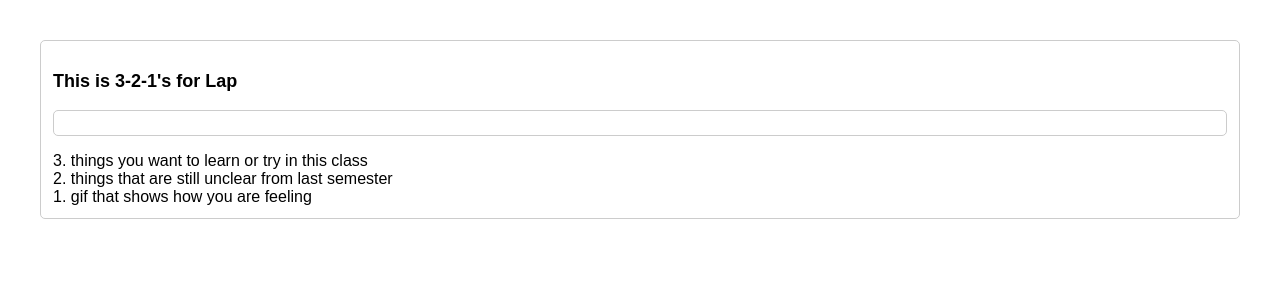
Repository: HyunJunggggg/MDIA2109
Page: index.html
An editor plug-in stored every save of this project. The page is shown before and after a run of saves, followed by the edit.
The browser window is 1280 px wide. The pictures show the whole page.

Above is the page before, as saved 2025-01-23 15:42:33.

After the next 3 saves:
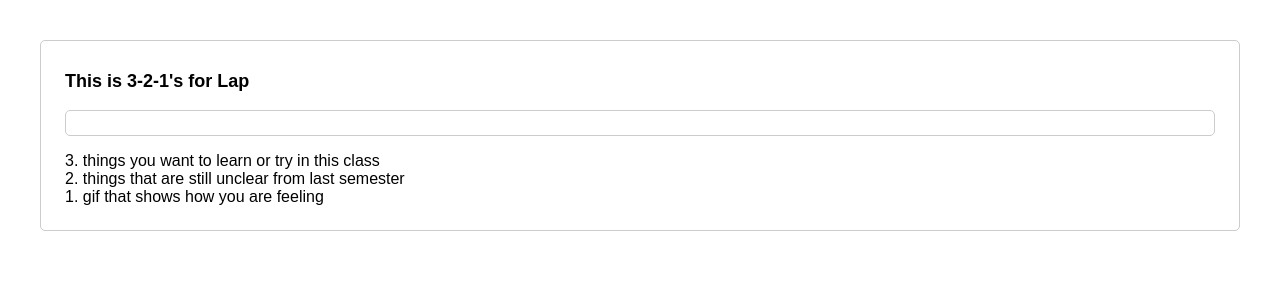
The 3 saves are shown as one change because they came seconds apart.
The last was saved 9 s later.
--- a/style.css
+++ b/style.css
@@ -44,7 +44,7 @@ p {
 }
 
 .container__content{
-
+  margin: 0.75em;
 }
 .container__content--tight{
 
